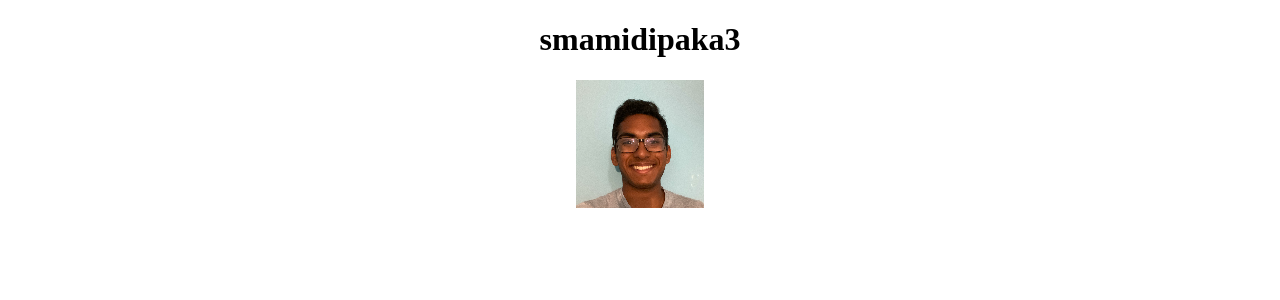
Repository: sanjayMamidipaka/cs1301
Page: lab01/index.html
An editor plug-in stored every save of this project. The page is shown before and after a run of saves, followed by the edit.
The browser window is 1280 px wide. The pictures show the whole page.

Above is the page before, as saved 2021-07-22 15:52:56.

### lab01/index.html
<!DOCTYPE html>

<head>
    <link rel="stylesheet" href="style.css">
  </head>

  <div class = "h1">
    <h1>smamidipaka3</h1>

    <img src="image.png" alt="My Picture">
    <p>

    </p>
  </div>

### lab01/style.css
.h1 {
    text-align: center
}

After the next 4 saves:
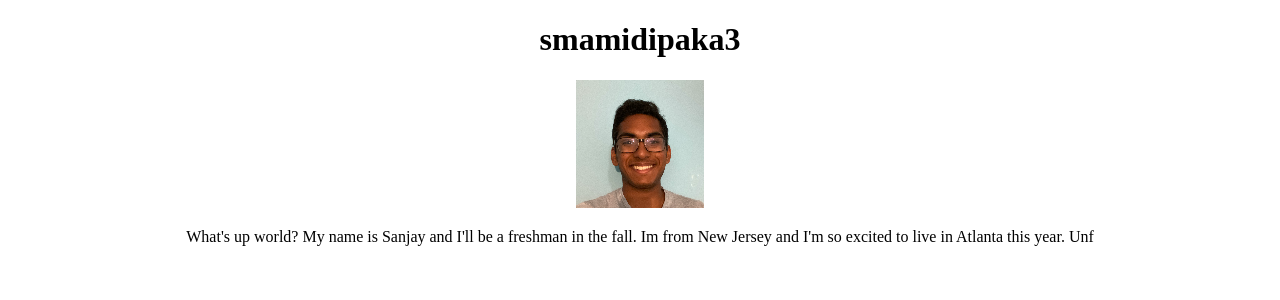
The 4 saves are shown as one change because they came seconds apart.
The last was saved 36 s later.
--- a/lab01/index.html
+++ b/lab01/index.html
@@ -9,6 +9,7 @@
 
     <img src="image.png" alt="My Picture">
     <p>
-
+        What's up world? My name is Sanjay and I'll be a freshman in the fall. Im from New Jersey and I'm so excited to live in Atlanta this year.
+        Unf
     </p>
   </div>
